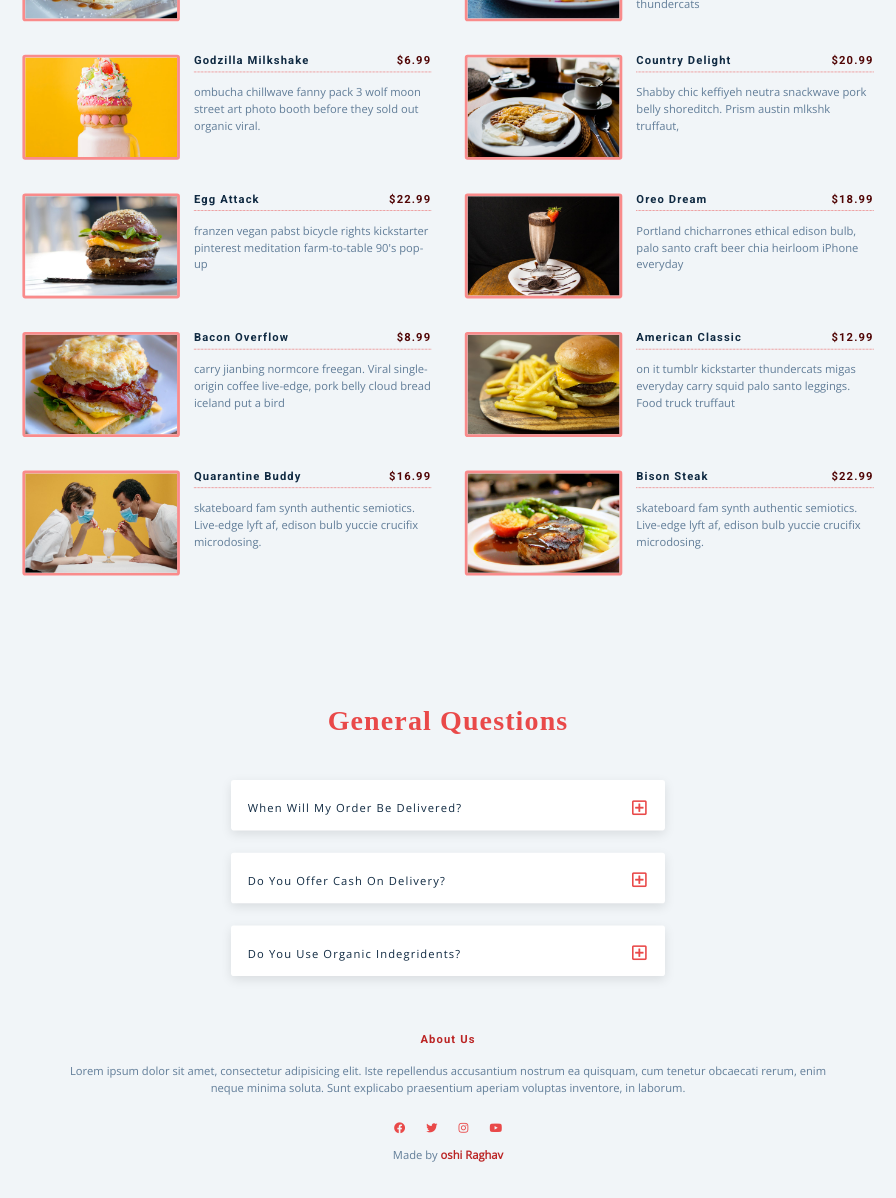
Repository: xoshiraghavx/Food-you
Page: index.html
An editor plug-in stored every save of this project. The page is shown before and after the next save, followed by the edit.
The browser window is 1280 px wide. The pictures show the part of the page from y = 1245 to 3165 px (the page is 2957 px tall before and 3165 px after), at 70% of full size.
Some web libraries are served in a nearby version.

Above is the page before, as saved 2022-12-03 08:47:28.

After the next save:
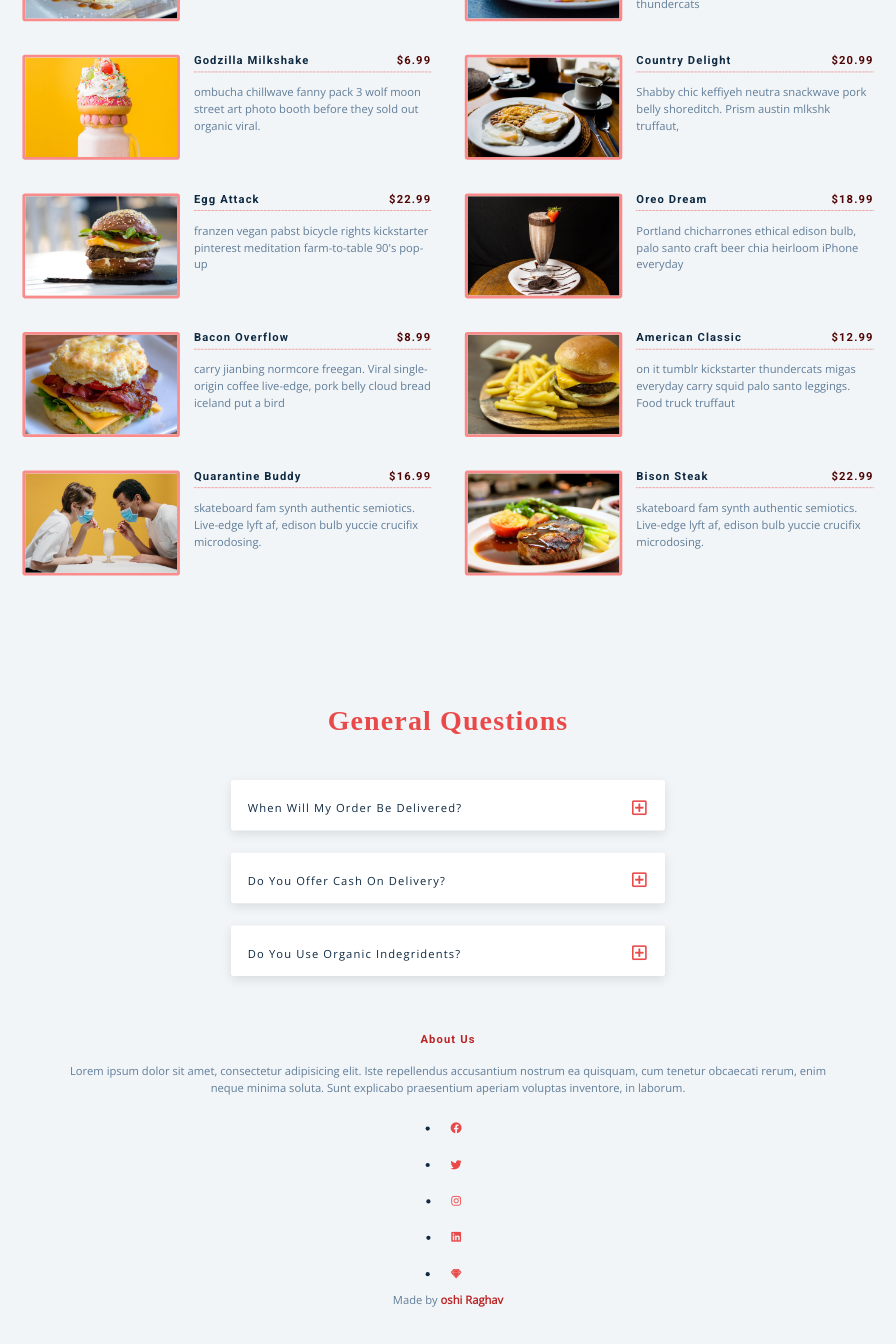
Saved 43 s later.
--- a/index.html
+++ b/index.html
@@ -176,10 +176,31 @@
   <h4 id="color">About Us</h4>
   <p>Lorem ipsum dolor sit amet, consectetur adipisicing elit. Iste repellendus accusantium nostrum ea quisquam, cum tenetur obcaecati rerum, enim <br> neque minima soluta. Sunt explicabo praesentium aperiam voluptas inventore, in laborum.</p>
   <div class="icons">
-      <i class="fab fa-facebook" aria-hidden="true"></i>
-      <i class="fab fa-twitter" aria-hidden="true"></i>
-      <i class="fab fa-instagram" aria-hidden="true"></i>
-      <i class="fab fa-youtube" aria-hidden="true"></i>
+    <li>
+      <a href="https://www.facebook.com">
+        <i class="fab fa-facebook"></i>
+      </a>
+    </li>
+    <li>
+      <a href="https://www.twitter.com">
+        <i class="fab fa-twitter"></i>
+      </a>
+    </li>
+    <li>
+      <a href="https://www.instagram.com">
+        <i class="fab fa-instagram"></i>
+      </a>
+    </li>
+    <li>
+      <a href="https://www.linkedin.com">
+        <i class="fab fa-linkedin"></i>
+      </a>
+    </li>
+    <li>
+      <a href="https://www.twitter.com">
+        <i class="fab fa-sketch"></i>
+      </a>
+    </li>
   </div>
   <p>Made by <b id="color">oshi Raghav</b></p>
 </section>
